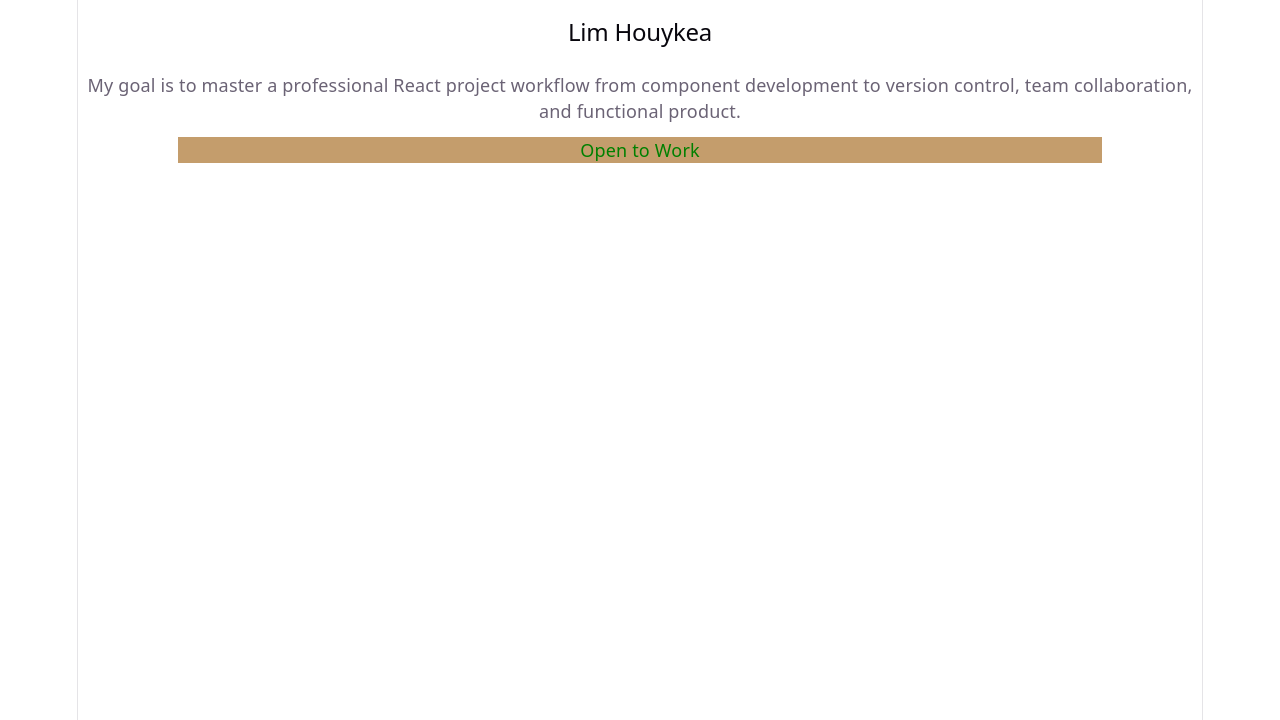
Repository: Houykea/jia-portfolio
Page: /
The author's editor kept a copy of each file at every save. The page is drawn from the files as they stood at one save, then again after the next save.
The browser window is 1280 px wide. The pictures show the whole page.
The project was rebuilt for these pictures with package versions that can differ from the ones it lists, and the page was loaded fresh each time. Also part of the build but not shown: vite.config.js.

Above is the page before, as saved 2026-09-11 17:01:44.

After the next save:
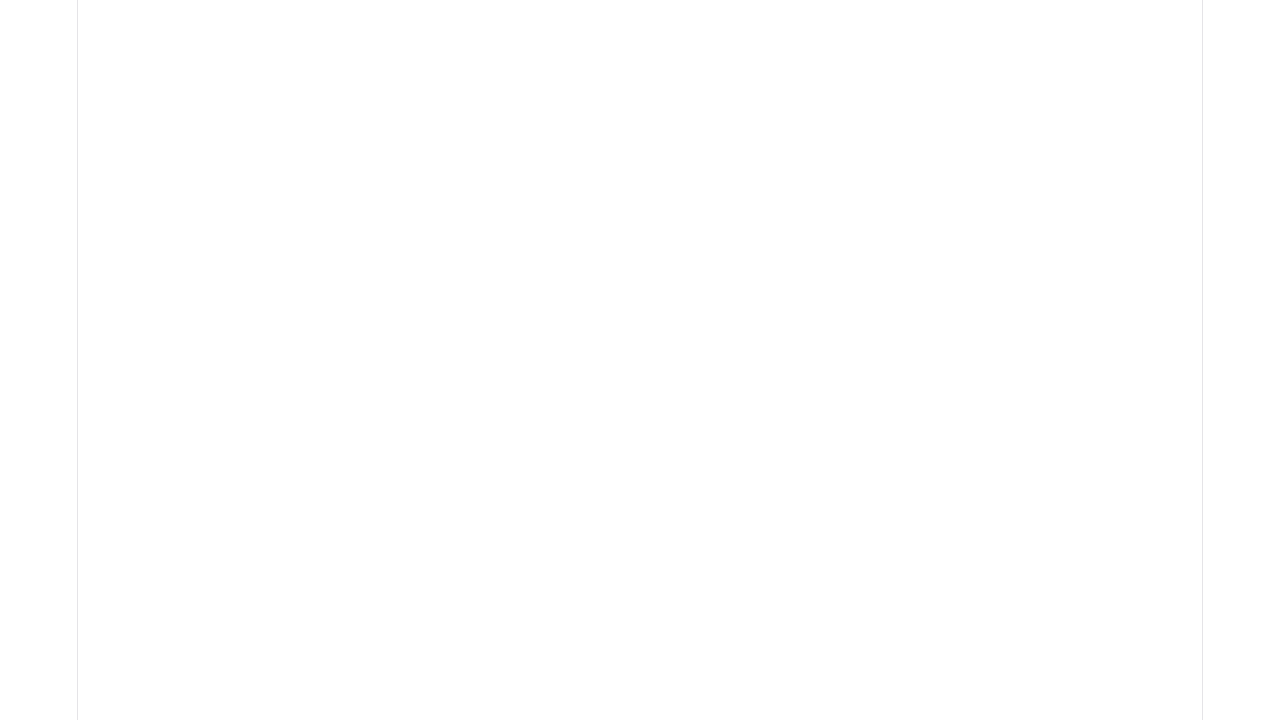
Console error: ReferenceError: title is not defined
Saved 20 s later.
--- a/src/components/Headings.jsx
+++ b/src/components/Headings.jsx
@@ -1,5 +1,4 @@
 function SectionHeading(props) {
-  const title = props.title;
 
   return (
     <h2 className="text-gray-700 text-xl font-semibold mb-4 p-4">

After the 2 saves that followed:
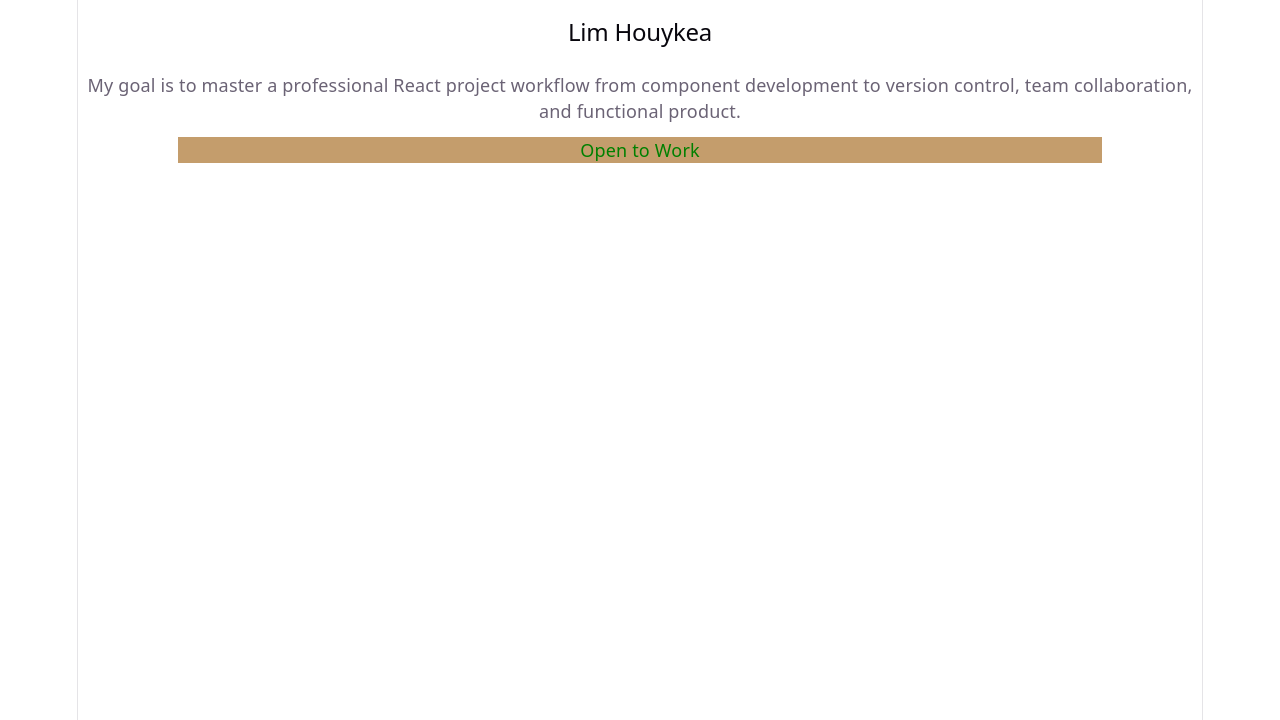
The error is gone.
The 2 saves are shown as one change because they came seconds apart.
The last was saved 6 s later.
--- a/src/components/Headings.jsx
+++ b/src/components/Headings.jsx
@@ -1,5 +1,4 @@
-function SectionHeading(props) {
-
+function SectionHeading({title}) {
   return (
     <h2 className="text-gray-700 text-xl font-semibold mb-4 p-4">
       {title}
